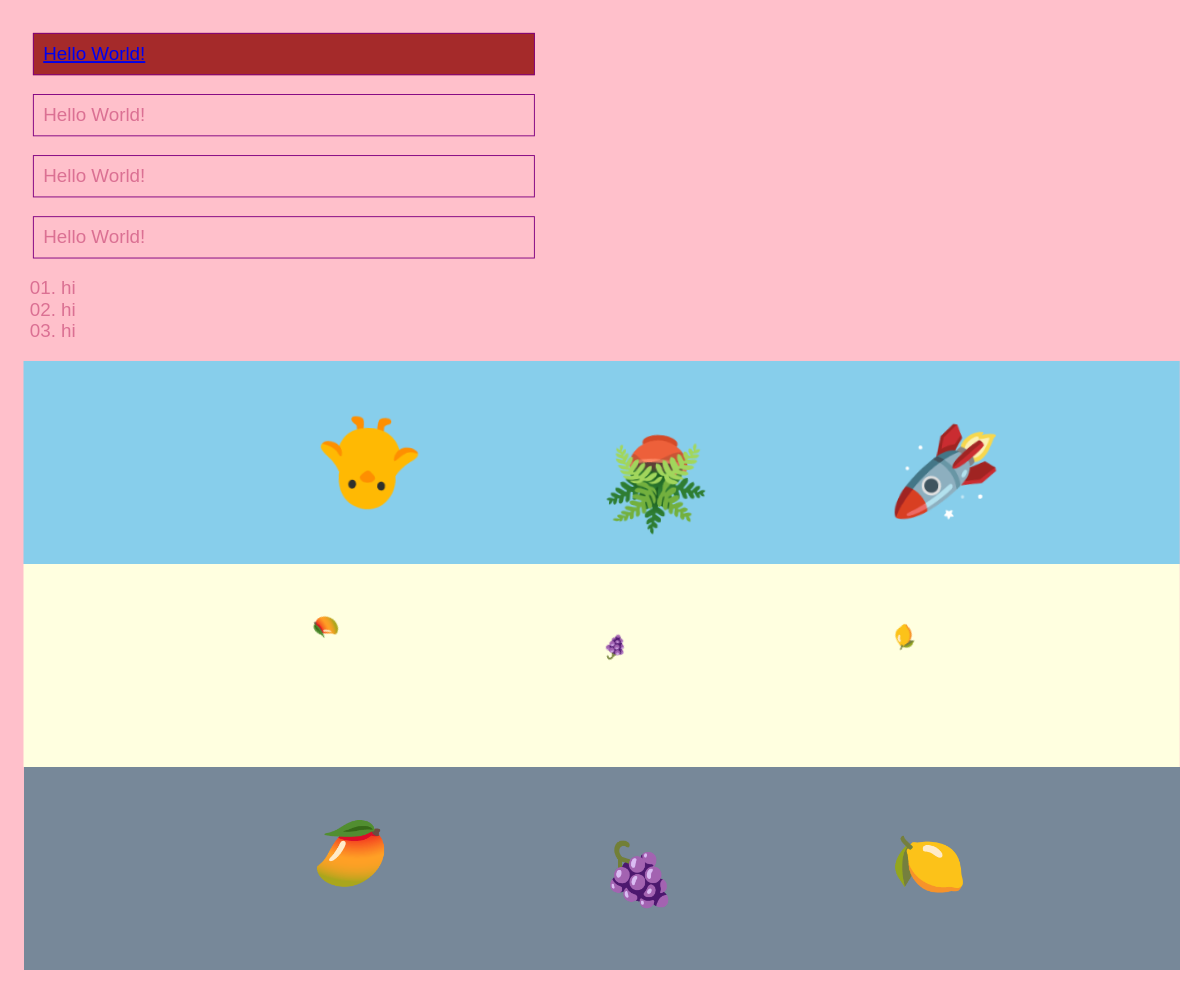
Repository: j1s00jang/MDIA-2109
Page: index2.html
An editor plug-in stored every save of this project. The page is shown before and after the next save, followed by the edit.
The browser window is 1280 px wide. The pictures show the whole page, at 94% of full size.
Some web libraries are served in a nearby version.

Above is the page before, as saved 2025-02-24 11:12:32.

After the next save:
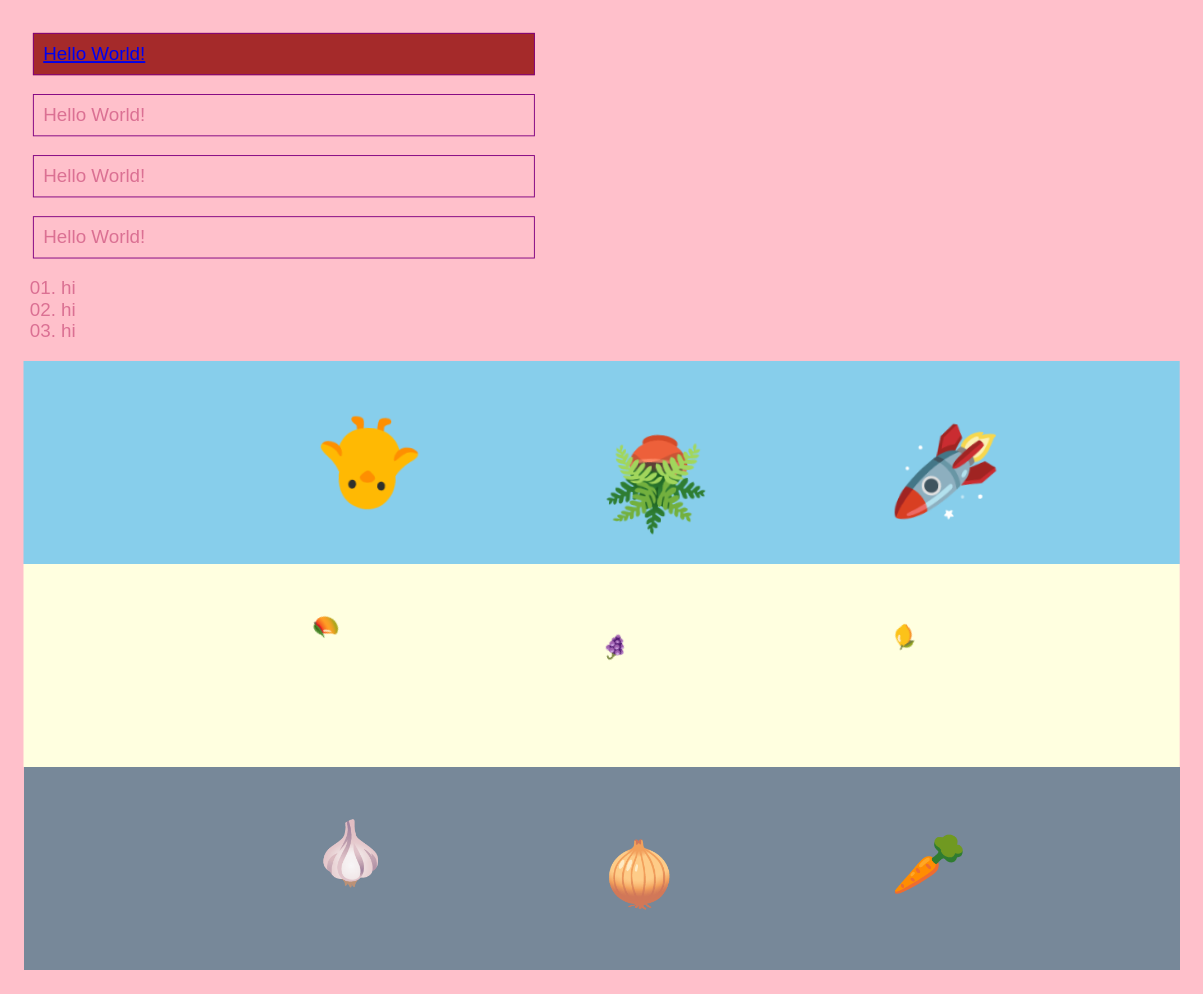
Saved 35 s later.
--- a/index2.html
+++ b/index2.html
@@ -67,9 +67,9 @@
 
 
     <div class="gsap">
-        <span class="gsap__spinner spin">🥭</span>
-        <span class="gsap__spinner moreSpin">🍇</span>
-        <span class="gsap__spinner mostSpin">🍋</span>
+        <span class="gsap__spinner spin">🧄</span>
+        <span class="gsap__spinner moreSpin">🧅</span>
+        <span class="gsap__spinner mostSpin">🥕</span>
     </div>
 
     <script src="script.js"></script>
